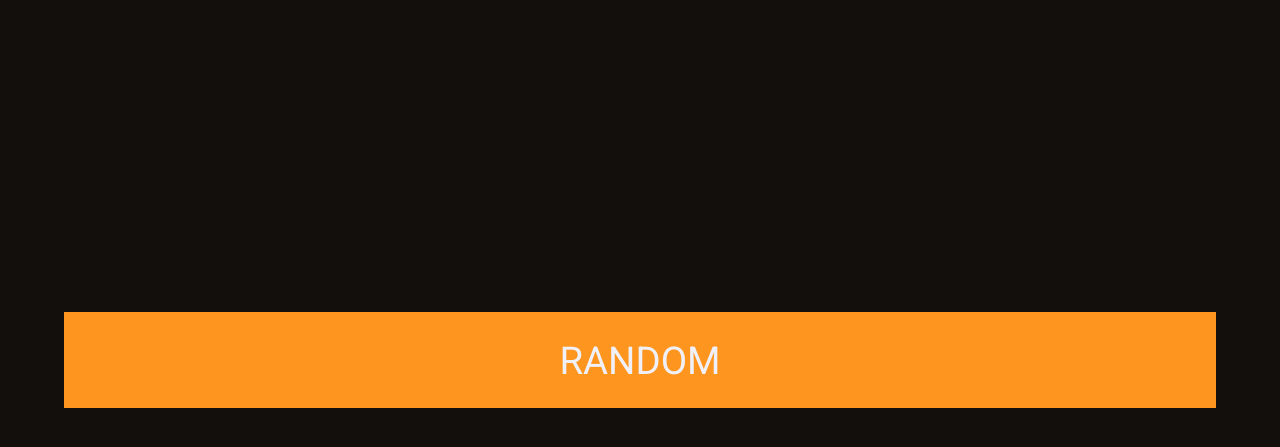
Repository: KeziAntero/localStorage
Page: index.html
An editor plug-in stored every save of this project. The page is shown before and after the next save, followed by the edit.
The browser window is 1280 px wide. The pictures show the whole page.

Above is the page before, as saved 2020-08-25 14:39:02.

After the next save:
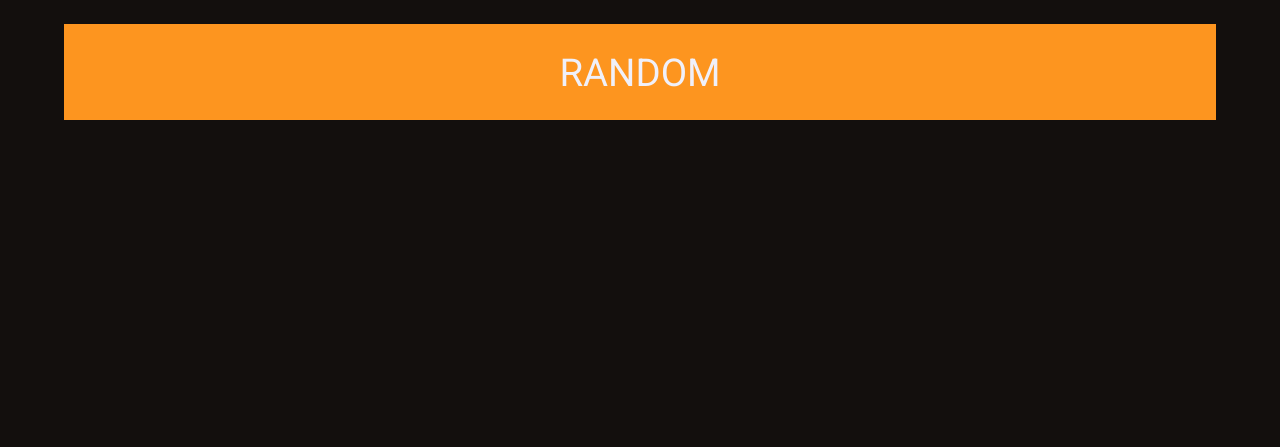
Saved 5 min 38 s later.
--- a/style.css
+++ b/style.css
@@ -46,3 +46,32 @@ button{
     position: relative;
     transition: 0.2s;
 }
+
+button:hover{
+    background: var(--primary-dark);
+}
+img{
+    width: 100%;
+    height: 100%;
+    object-fit: cover;
+}
+
+.image{
+    height: 80vh;
+    position: relative;
+}
+
+image:hover::after,
+image.fav::after{
+    content: '\2605';
+    color:var(--primary);
+
+    position:absolute;
+    top: 0;
+    left: 8px;
+    font-size: 3.2rem;
+}
+
+.image.fav:hover::after{
+    content: '\2606';
+}
